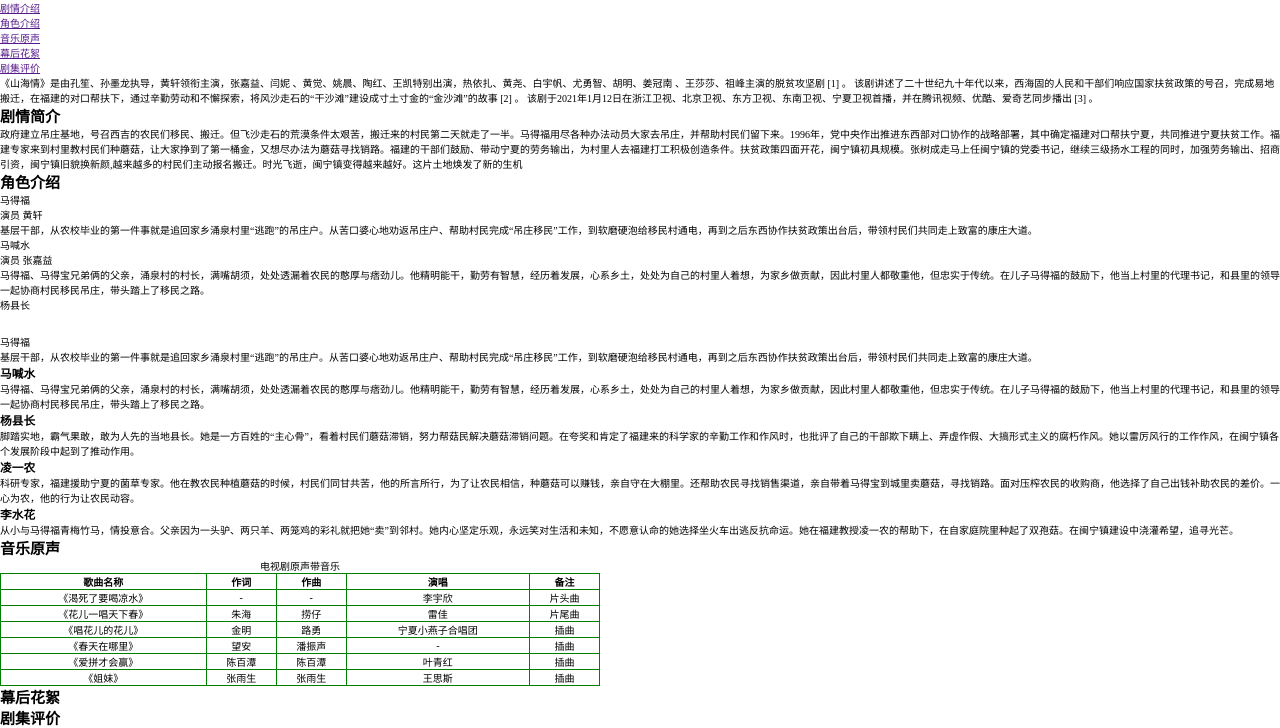
Repository: Lixianlai-2/static-website
Page: index.html
The author's editor kept a copy of each file at every save. The page is drawn from the files as they stood at one save, then again after the next save.
The browser window is 1280 px wide. The pictures show the whole page.

Above is the page before, as saved 2021-11-30 20:19:38.

After the next save:
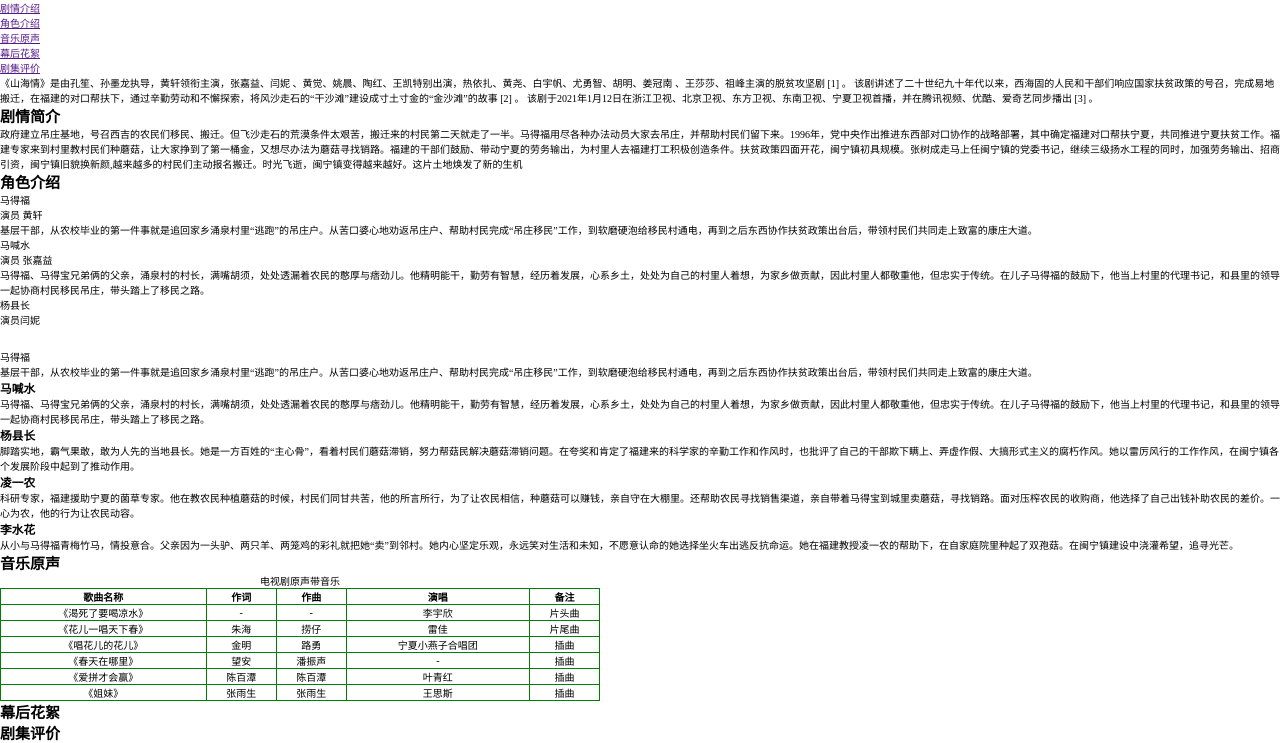
Saved 9 s later.
--- a/index.html
+++ b/index.html
@@ -112,7 +112,8 @@
             <div class="role-name">
               <span class="item-value">杨县长</span>
               <div class="role-actor">
-                <span class="item-key"></span><span class="item-value"></span>
+                <span class="item-key">演员</span
+                ><span class="item-value">闫妮</span>
                 <dl></dl>
               </div>
             </div>
